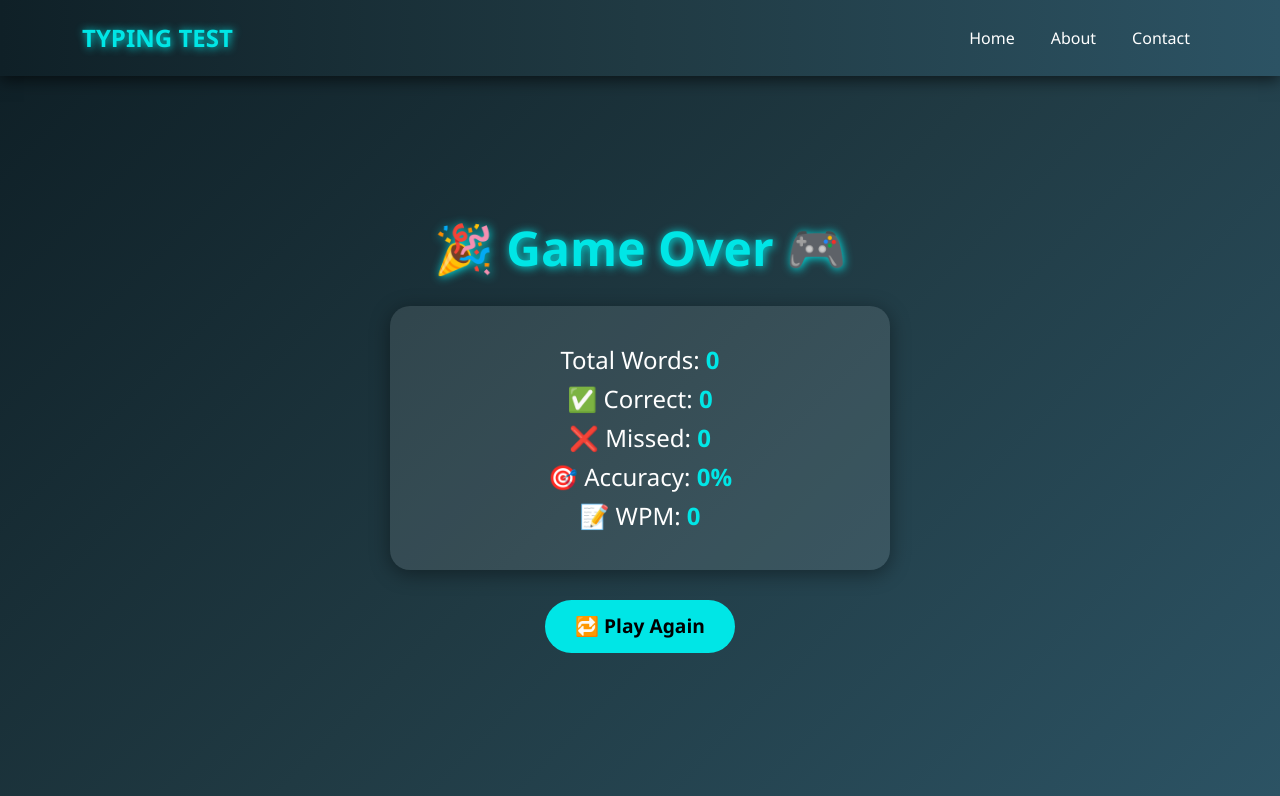
Repository: SHAHZADcodr/typing-test-react
Page: /gameOver
These files come from the project's save history. The page is drawn as it stood at one moment and after the next save; the edit follows.
The browser window is 1280 px wide. The pictures show the whole page.
The project was rebuilt for these pictures with package versions that can differ from the ones it lists, and the page was loaded fresh each time. Also part of the build but not shown: src/customCss/Home.css, src/pages/Home.jsx, src/customCss/About.css, src/pages/About.jsx, src/customCss/Contact.css, src/pages/Contact.jsx, src/customCss/Game.css, src/pages/Game.jsx. Imported but missing from the stored project, and not drawn on this page: src/assets/background.mp3, src/assets/pop.mp3.

Above is the page before, as saved 2025-04-09 01:28:55.

After the next save:
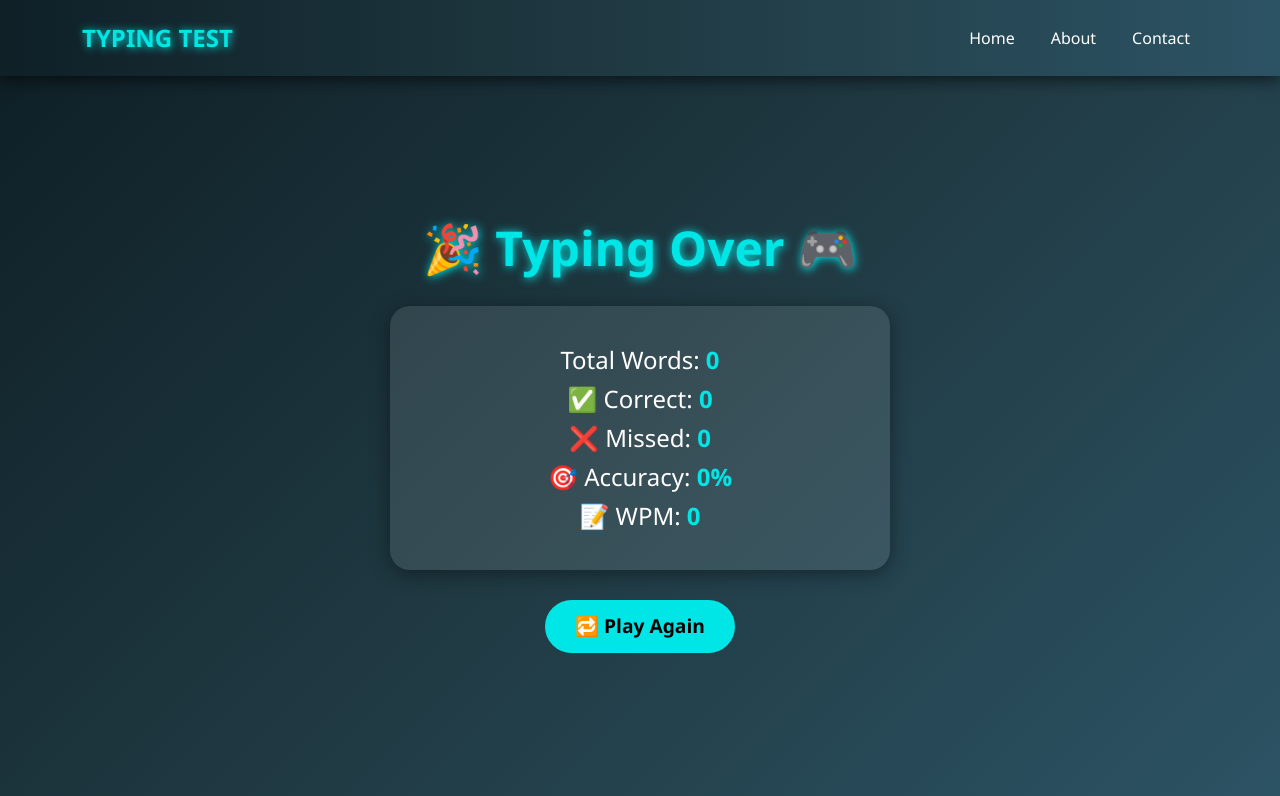
Saved 21 s later.
--- a/src/pages/GameOver.jsx
+++ b/src/pages/GameOver.jsx
@@ -29,7 +29,7 @@ const GameOver = () => {
 
   return (
     <div className="gameover-container">
-      <h1 className="gameover-title">🎉 Game Over 🎮</h1>
+      <h1 className="gameover-title">🎉 Typing Over 🎮</h1>
 
       <div className="stats-box">
         <h4>Total Words: <span>{total}</span></h4>
